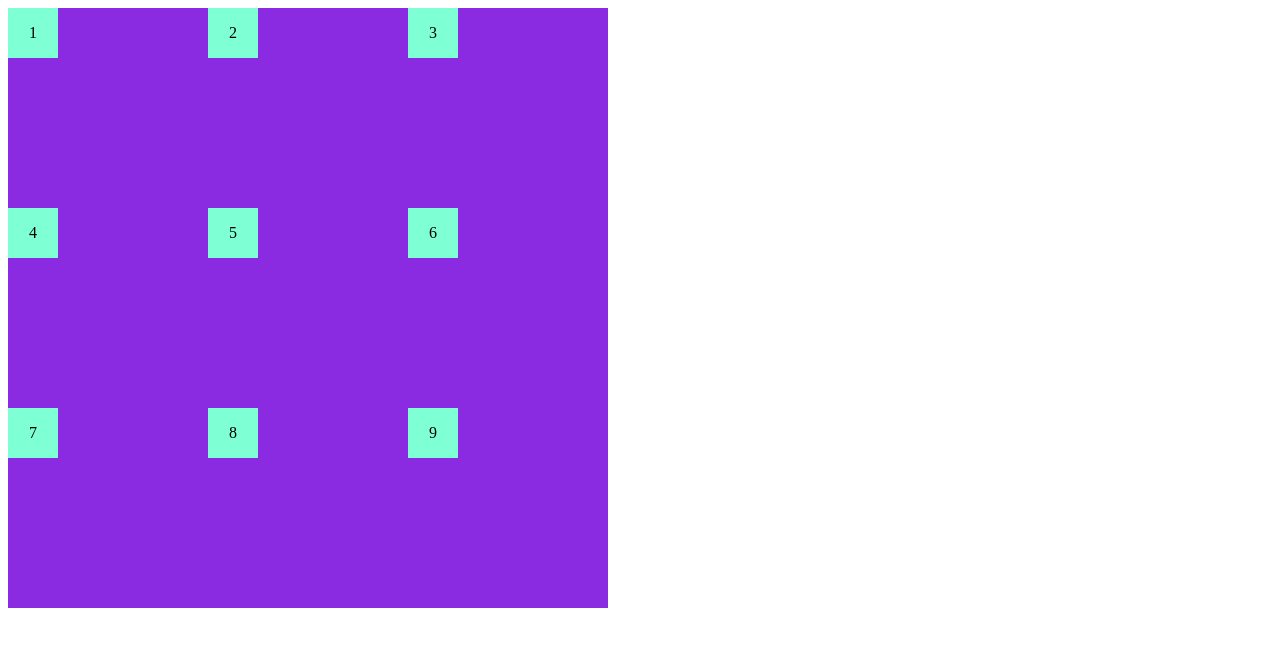
Repository: pwy114pwy/project_01
Page: 03.html
The author's editor kept a copy of each file at every save. The page is drawn from the files as they stood at one save, then again after a run of saves.
The browser window is 1280 px wide. The pictures show the whole page.

Above is the page before, as saved 2022-12-23 14:09:24.

### 03.html
<!DOCTYPE html>
<html lang="en">
<head>
    <meta charset="UTF-8">
    <meta http-equiv="X-UA-Compatible" content="IE=edge">
    <meta name="viewport" content="width=device-width, initial-scale=1.0">
    <title>Document</title>
    <style>
        .main{
            background-color: blueviolet;
            width: 600px;
            height: 600px;
            display: grid;
            grid-template-columns: repeat(3,200px);
            grid-template-rows: repeat(3,200px);
            justify-items:
        }
        .main div{
            width: 50px;
            height: 50px;
            line-height: 50px;
            text-align: center;
            background-color: aquamarine;
        }
    </style>
</head>
<body>
    <div class="main">
        <div class="box1">1</div>
        <div class="box2">2</div>
        <div class="box3">3</div>
        <div class="box4">4</div>
        <div class="box5">5</div>
        <div class="box6">6</div>
        <div class="box7">7</div>
        <div class="box8">8</div>
        <div class="box9">9</div>
    </div>

</body>
</html>

After the next 15 saves:
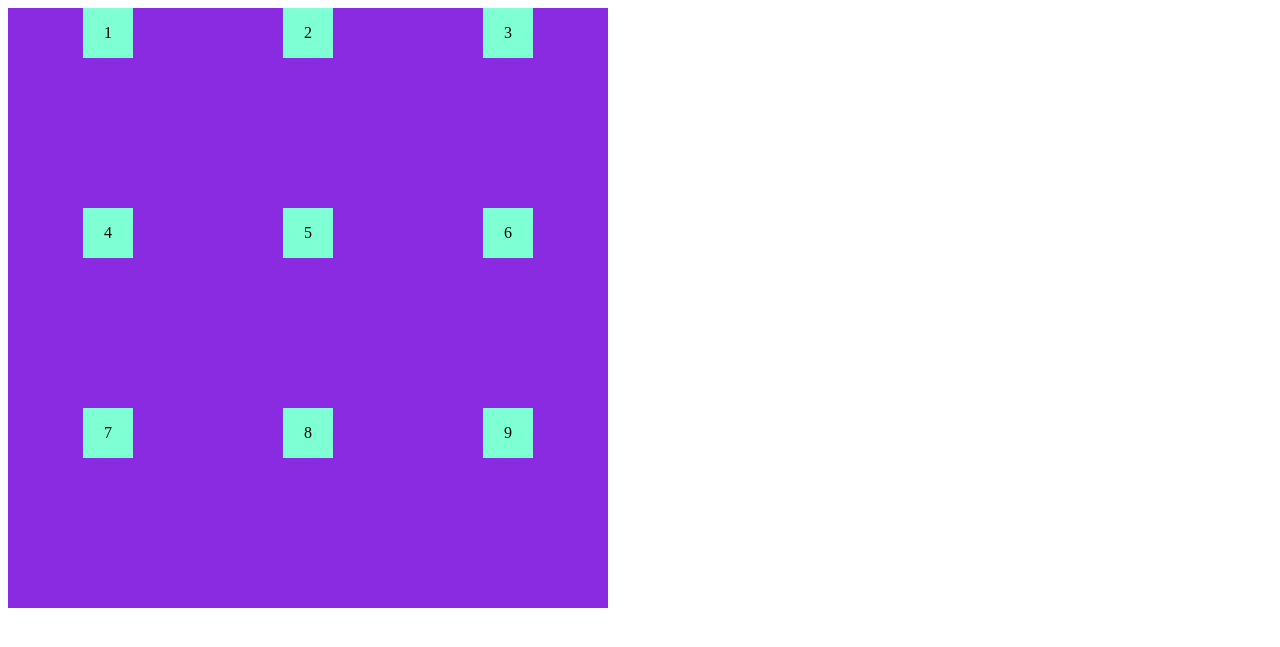
The 15 saves are shown as one change because they came seconds apart.
The last was saved 28 s later.
--- a/03.html
+++ b/03.html
@@ -13,7 +13,8 @@
             display: grid;
             grid-template-columns: repeat(3,200px);
             grid-template-rows: repeat(3,200px);
-            justify-items:
+            justify-items:center;
+            align-items: ;
         }
         .main div{
             width: 50px;
